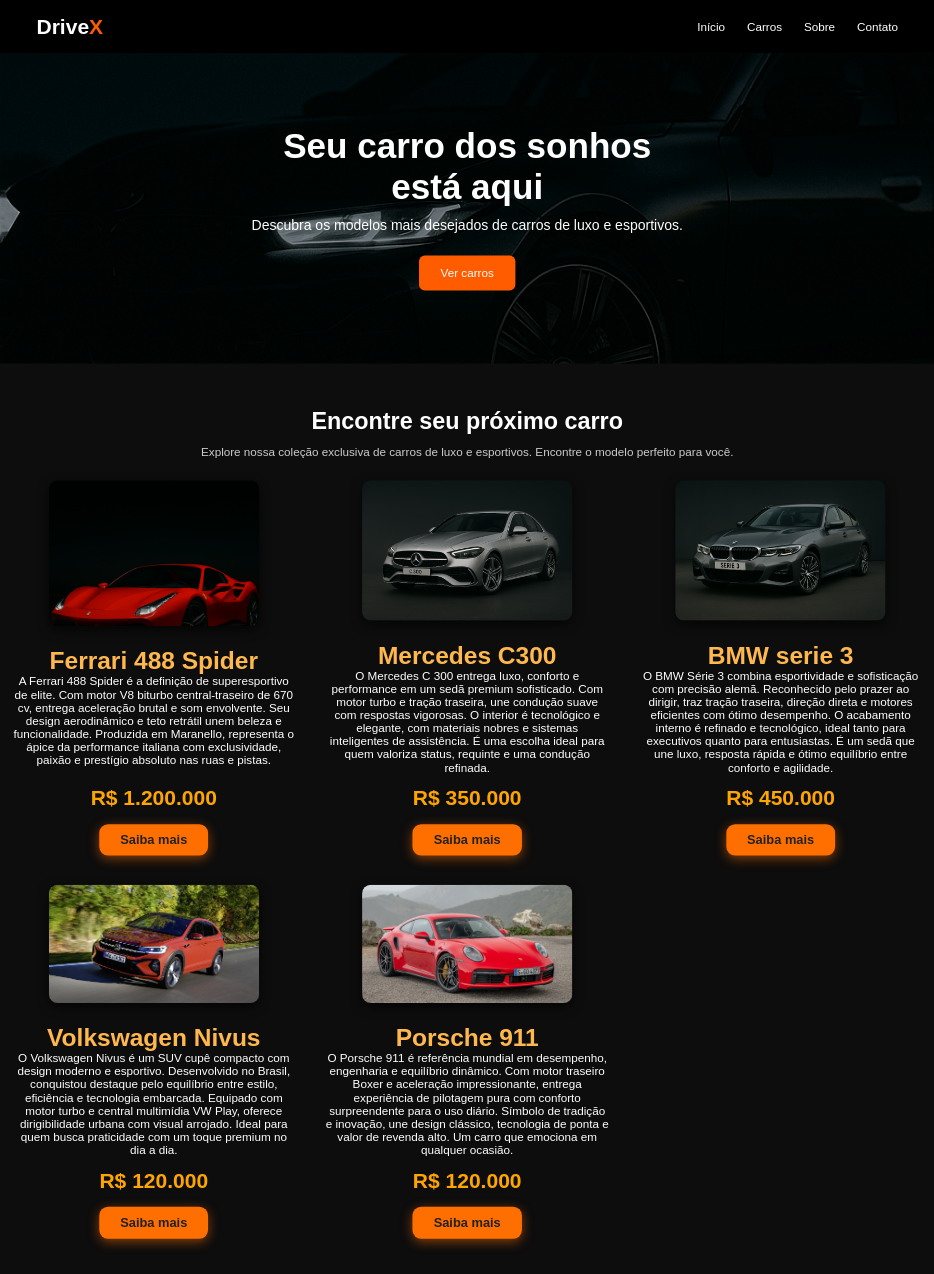
Repository: Mateushlp/DriveX
Page: index.html
The author's editor kept a copy of each file at every save. The page is drawn from the files as they stood at one save, then again after a run of saves.
The browser window is 1280 px wide. The pictures show the whole page, at 73% of full size.

Above is the page before, as saved 2025-06-23 22:23:56.

### index.html
<!DOCTYPE html>
<html lang="pt-br">
<head>
  <meta charset="UTF-8" />
  <meta name="viewport" content="width=device-width, initial-scale=1.0"/>
  <title>DriveX</title>
  <link rel="stylesheet" href="style.css" />
</head>
<body>
  <header>
    <div class="logo">Drive<span>X</span></div>
    <nav>
      <ul>
        <li><a href="#">Início</a></li>
        <li><a href="#">Carros</a></li>
        <li><a href="#">Sobre</a></li>
        <li><a href="#">Contato</a></li>
      </ul>
    </nav>
  </header>

  <section class="hero">
    <div class="hero-content">
      <h1>Seu carro dos sonhos<br>está aqui</h1>
      <p>Descubra os modelos mais desejados de carros de luxo e esportivos.</p>
      <button onclick="scrollToCars()">Ver carros</button>
    </div>
  </section>

  <section class="intro">
    <h2>Encontre seu próximo carro</h2>
    <p>Explore nossa coleção exclusiva de carros de luxo e esportivos. Encontre o modelo perfeito para você.</p>
  </section>

  <section id="carros" class="grid-carro">
    <div class="card-carro">
      <img src="./img/ferrari.png" alt="Ferrari 488 Spider" />
      <h3>Ferrari 488 Spider</h3>
      <p>A Ferrari 488 Spider é a definição de superesportivo de elite. Com motor V8 biturbo central-traseiro de 670 cv, entrega aceleração brutal e som envolvente. Seu design aerodinâmico e teto retrátil unem beleza e funcionalidade. Produzida em Maranello, representa o ápice da performance italiana com exclusividade, paixão e prestígio absoluto nas ruas e pistas.</p>
      <strong>R$ 1.200.000</strong>
      <button class="btn-detalhes" data-modelo="Ferrari 488 Spider">Saiba mais</button>
    </div>

    <div class="card-carro">
      <img src="./img/ChatGPT Image 19 de jun. de 2025, 23_14_08.png" alt="Mercedes C300" />
      <h3>Mercedes C300</h3>
      <p>O Mercedes C 300 entrega luxo, conforto e performance em um sedã premium sofisticado. Com motor turbo e tração traseira, une condução suave com respostas vigorosas. O interior é tecnológico e elegante, com materiais nobres e sistemas inteligentes de assistência. É uma escolha ideal para quem valoriza status, requinte e uma condução refinada.</p>
      <strong>R$ 350.000</strong>
      <button class="btn-detalhes" data-modelo="Mercedes C300">Saiba mais</button>
    </div>

    <div class="card-carro">
      <img src="./img/serie 3.png" alt="BMW serie 3" />
      <h3>BMW serie 3</h3>
      <p>O BMW Série 3 combina esportividade e sofisticação com precisão alemã. Reconhecido pelo prazer ao dirigir, traz tração traseira, direção direta e motores eficientes com ótimo desempenho. O acabamento interno é refinado e tecnológico, ideal tanto para executivos quanto para entusiastas. É um sedã que une luxo, resposta rápida e ótimo equilíbrio entre conforto e agilidade.</p>
      <strong>R$ 450.000</strong>
      <button class="btn-detalhes" data-modelo="BMW serie 3">Saiba mais</button>
    </div>

    <div class="card-carro">
      <img src="./img/nivus.jpg" alt="Volkswagen Nivus" />
      <h3>Volkswagen Nivus</h3>
      <p>O Volkswagen Nivus é um SUV cupê compacto com design moderno e esportivo. Desenvolvido no Brasil, conquistou destaque pelo equilíbrio entre estilo, eficiência e tecnologia embarcada. Equipado com motor turbo e central multimídia VW Play, oferece dirigibilidade urbana com visual arrojado. Ideal para quem busca praticidade com um toque premium no dia a dia.</p>
      <strong>R$ 120.000</strong>
      <button class="btn-detalhes" data-modelo="nivus">Saiba mais</button>
    </div>

    <div class="card-carro">
      <img src="./img/Porsche-911.jpg" alt="Porsche 911" />
      <h3>Porsche 911</h3>
      <p>O Porsche 911 é referência mundial em desempenho, engenharia e equilíbrio dinâmico. Com motor traseiro Boxer e aceleração impressionante, entrega experiência de pilotagem pura com conforto surpreendente para o uso diário. Símbolo de tradição e inovação, une design clássico, tecnologia de ponta e valor de revenda alto. Um carro que emociona em qualquer ocasião.</p>
      <strong>R$ 120.000</strong>
      <button class="btn-detalhes" data-modelo="911">Saiba mais</button>
    </div>
  </section>

  <div id="modal-detalhes" class="modal">
    <div class="modal-content">
      <span id="fechar-modal" class="fechar">&times;</span>
      <h2 id="titulo-modal"></h2>
      <img id="img-modal" src="" alt="" style="max-width: 100%; border-radius: 10px; margin-bottom: 1rem;" />
      <p id="descricao-modal"></p>
      <strong id="preco-modal"></strong>
    </div>
  </div>

  <script src="script.js"></script>
</body>
</html>

### style.css
* {
  margin: 0;
  padding: 0;
  box-sizing: border-box;
}

body {
  font-family: 'Arial', sans-serif;
  background-color: #0d0d0d;
  color: #fff;
}

header {
  display: flex;
  justify-content: space-between;
  align-items: center;
  padding: 20px 50px;
  background-color: #000;
}

.logo {
  font-size: 1.8rem;
  font-weight: bold;
}

.logo span {
  color: #ff5c00;
}

nav ul {
  list-style: none;
  display: flex;
  gap: 30px;
}

nav a {
  color: #fff;
  text-decoration: none;
  font-size: 1rem;
}

.hero {
  background-image: url('img/fundo carrodo sonho.png');
  background-size: cover;
  background-position: center;
  padding: 100px 20px;
  text-align: center;
}

.hero-content h1 {
  font-size: 3rem;
  font-weight: bold;
  margin-bottom: 15px;
}

.hero-content p {
  font-size: 1.2rem;
  margin-bottom: 30px;
}

.hero-content button {
  background-color: #ff5c00;
  border: none;
  padding: 15px 30px;
  font-size: 1rem;
  color: #fff;
  border-radius: 8px;
  cursor: pointer;
}

.intro {
  text-align: center;
  padding: 60px 20px 30px;
}

.intro h2 {
  font-size: 2rem;
  margin-bottom: 15px;
}

.intro p {
  font-size: 1rem;
  color: #ccc;
}

.grid-carro {
  display: grid;
  grid-template-columns: repeat(auto-fill, minmax(320px, 1fr));
  gap: 2.5rem;
  padding: 0 1rem 3rem;
  align-items: stretch; /* força as células da grid terem mesma altura */
}

/* Cards de carro */
.card-carro {
  display: flex;
  flex-direction: column;
  align-items: center;
  height: 100%; /* faz o card ocupar toda altura da célula */
}

.card-carro:hover {
  transform: translateY(-8px);
  box-shadow: 0 12px 35px rgba(255, 111, 0, 0.5);
}

.card-carro img {
  width: 40vh;
  max-height: 200px; /* Limita a altura */
  object-fit: cover;
  border-radius: 12px;
  margin-bottom: 1.2rem;
  box-shadow: 0 5px 15px rgba(0,0,0,0.7);
}

.card-carro h3 {
  font-size: 2.1rem;
  color: #ffb84d;
  margin-top: 0.6rem;
  text-align: center;
}

.card-carro p {
  flex-grow: 1;
  text-align: center;
}

.card-carro strong {
  font-size: 1.8rem;
  color: #ffa500;
  margin: 1rem 0 1.2rem 0;
  font-weight: 900;
  text-align: center;
}

/* Botão Saiba Mais */
.btn-detalhes {
  background-color: #ff6f00;
  color: #222;
  border: none;
  padding: 0.7rem 1.8rem;
  border-radius: 12px;
  cursor: pointer;
  font-weight: 700;
  font-size: 1.1rem;
  transition: background-color 0.3s ease;
  box-shadow: 0 4px 15px rgba(255, 111, 0, 0.5);
}

.btn-detalhes:hover {
  background-color: #ff9100;
  box-shadow: 0 6px 22px rgba(255, 145, 0, 0.8);
}

/* Modal */
.modal {
  display: none;
  position: fixed;
  z-index: 9999;
  left: 0;
  top: 0;
  width: 100%;
  height: 100%;
  background-color: rgba(18, 18, 18, 0.85);
  justify-content: center;
  align-items: center;
  overflow-y: auto;
  padding: 2rem 1rem;
}

.modal-content {
  background: #2a2a2a;
  padding: 2.5rem;
  border-radius: 20px;
  max-width: 600px;
  text-align: center;
  box-shadow: 0 10px 40px rgba(255, 111, 0, 0.7);
  color: #fff;
  position: relative;
}

.fechar {
  position: absolute;
  top: 20px;
  right: 25px;
  font-size: 2.6rem;
  cursor: pointer;
  color: #ff6f00;
  transition: color 0.3s ease;
}

.fechar:hover {
  color: #ffa040;
}

### script.js
function scrollToCars() {
  document.getElementById('carros').scrollIntoView({ behavior: 'smooth' });
}

const modal = document.getElementById("modal-detalhes");
const fecharModal = document.getElementById("fechar-modal");
const tituloModal = document.getElementById("titulo-modal");
const imgModal = document.getElementById("img-modal");
const descricaoModal = document.getElementById("descricao-modal");
const precoModal = document.getElementById("preco-modal");

const carrosDados = {
  "Ferrari 488 Spider": {
    descricao: "A Ferrari 488 Spider combina desempenho excepcional com design italiano sofisticado. Equipada com um motor V8 biturbo de 670 cv, atinge 0 a 100 km/h em apenas 3 segundos. É um conversível que oferece emoção pura e luxo absoluto.",
    preco: "R$ 1.200.000",
    img: "./img/ferrari.png",
  },
  "Mercedes C300": {
    descricao: "Luxo, tecnologia e performance. Motor turbo de 258cv, interior com acabamento premium, painel digital MBUX, assistente de voz e iluminação ambiente. Segurança com frenagem automática e piloto adaptativo.",
    preco: "R$ 350.000",
    img: "./img/ChatGPT Image 19 de jun. de 2025, 23_14_08.png",
  },
  "BMW serie 3": {
    descricao: "Design esportivo e tecnologia de ponta. Motor turbo de 258cv, tração traseira, câmbio automático de 8 marchas e modos de condução inteligentes. Interior refinado com tela curva, assistente pessoal e conectividade total. Dirigibilidade e conforto que definem o segmento premium.",
    preco: "R$ 450.000",
    img: "./img/serie 3.png",
  },
  "nivus": {
    descricao: "O Volkswagen Nivus é um crossover compacto com design coupé, desenvolvido no Brasil e lançado em 2020. Ele se destaca pelo visual moderno e pela tecnologia embarcada, como o painel Active Info Display e a central multimídia VW Play",
    preco: "R$ 120.000",
    img: "./img/nivus.jpg",
  },
  "911": {
    descricao: "Suspensão adaptativa PASM, motor boxer biturbo com equilíbrio perfeito, tração traseira ou integral, modo Wet para segurança em chuva, interior esportivo com luxo discreto e acabamento premium Porsche, Ícone mundial com DNA de competição, direção precisa e visceral, carroceria aerodinâmica para máxima estabilidade, painel com tradição e tecnologia, desempenho brutal com elegância, feito para quem valoriza exclusividade real.",
    preco: "R$ 120.000",
    img: "./img/Porsche-911.jpg",
  },
};

function abrirModal(modelo) {
  const dados = carrosDados[modelo];
  if (dados) {
    tituloModal.textContent = modelo;
    descricaoModal.textContent = dados.descricao;
    precoModal.textContent = dados.preco;
    imgModal.src = dados.img;
    imgModal.alt = modelo;
    modal.classList.add("show");
    modal.style.display = "flex";
    modal.animate([{ opacity: 0 }, { opacity: 1 }], { duration: 300, fill: "forwards" });
  }
}

function fecharModalFunc() {
  const anim = modal.animate([{ opacity: 1 }, { opacity: 0 }], { duration: 300, fill: "forwards" });
  anim.onfinish = () => {
    modal.style.display = "none";
    modal.classList.remove("show");
  };
}

document.querySelectorAll(".btn-detalhes").forEach((button) => {
  button.addEventListener("click", () => {
    abrirModal(button.dataset.modelo);
  });
});

if (fecharModal) {
  fecharModal.addEventListener("click", fecharModalFunc);
}

window.addEventListener("click", (e) => {
  if (e.target === modal) {
    fecharModalFunc();
  }
});

After the next 2 saves:
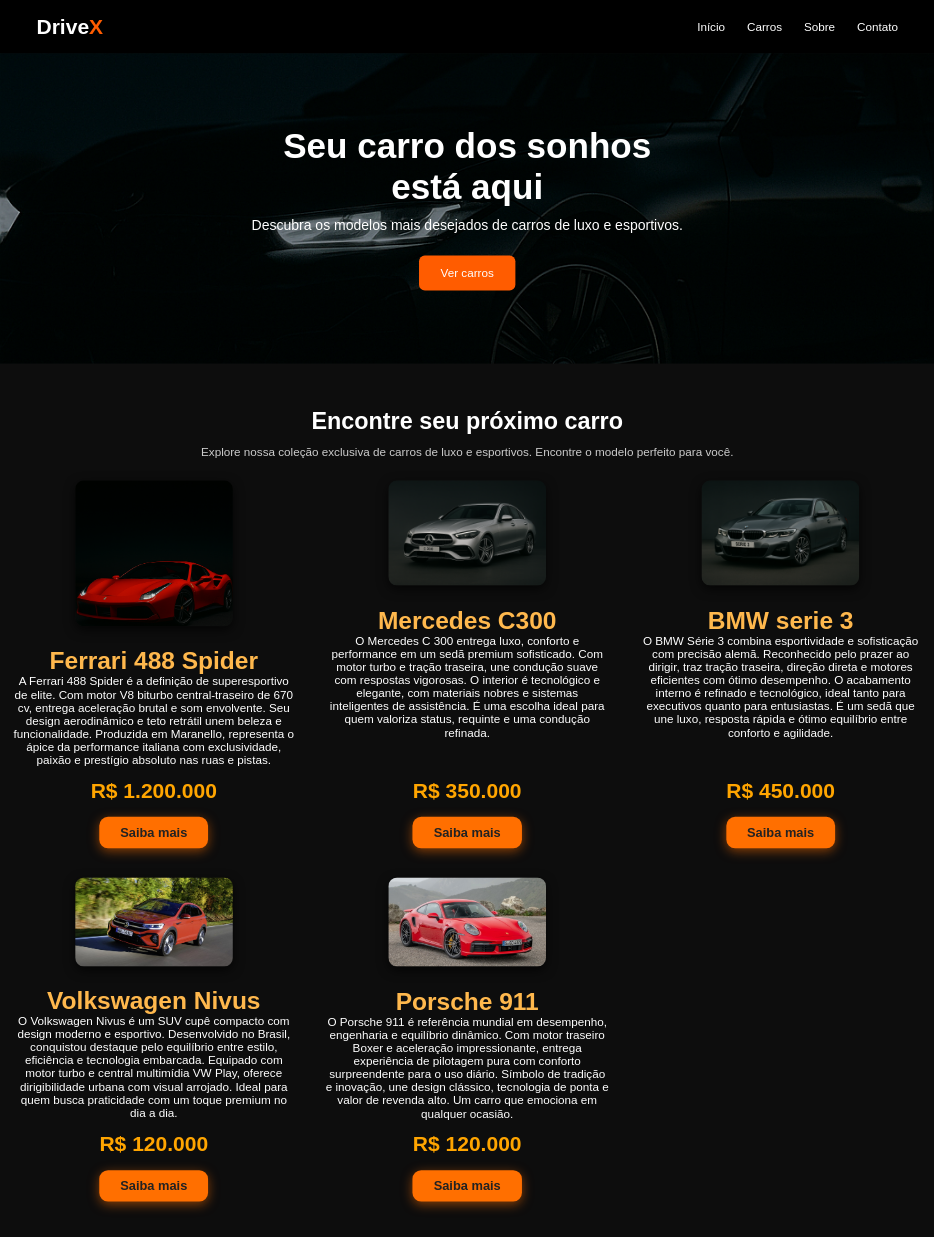
The 2 saves are shown as one change because they came seconds apart.
The last was saved 12 s later.
--- a/style.css
+++ b/style.css
@@ -105,7 +105,7 @@
 }
 
 .card-carro img {
-  width: 40vh;
+  width: 30vh;
   max-height: 200px; /* Limita a altura */
   object-fit: cover;
   border-radius: 12px;
